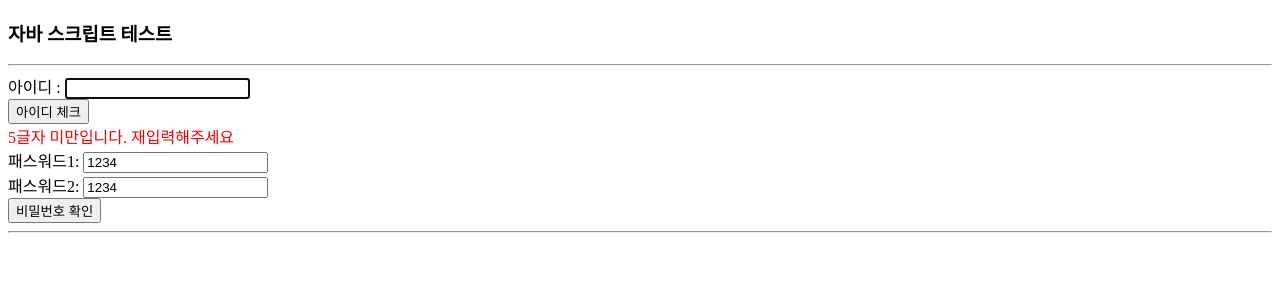
Repository: syshin0116/data2
Page: http://localhost/spring04/jsp2.jsp
The author's editor kept a copy of each file at every save. The page is drawn from the files as they stood at one save, then again after the next save.
The browser window is 1280 px wide. The pictures show the whole page.
After loading, the first visible `button` was clicked once.
The page is served by Tomcat 9.

Above is the page before, as saved 2022-02-17 03:07:35.

After the next save:
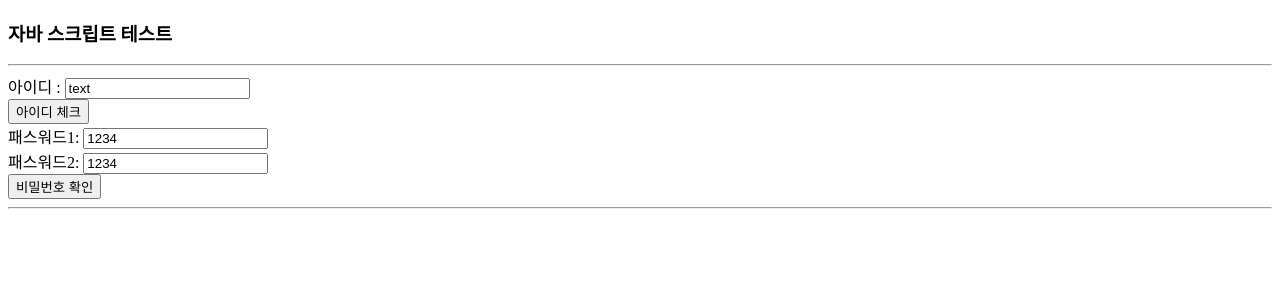
Console error: ReferenceError: idCheck is not defined
Saved 23 min 47 s later.
--- a/spring04/src/main/webapp/jsp2.jsp
+++ b/spring04/src/main/webapp/jsp2.jsp
@@ -6,48 +6,9 @@
 <head>
 <meta charset="UTF-8">
 <title>Insert title here</title>
+<script type="text/javascript" src="resources.></script>
 <script type="text/javascript">
-function idCheck(){
-	//id에 입력한 값을 가지고 와서 글자수가 5 미만이면 다시 작성하세요. 메시지
-	//Documemt document = new Document();
-	//미리 객체를 생성해놨음. -> 내장된 객체
-	//window:브라우저 전체
-	//document: body태그 부분
-	//console: 개발할대 확인하는 창 (f12)
-	//location: 주소부분, location.href=""
-	//history: 탐색 history
-	idValue = document.getElementById("id").value;
-	idCheckResult = document.getElementById("idCheckResult");
-	if(idValue.length < 5){
-		console.log("5미만입니다.");
-		result = "5글자 미만입니다. 재입력해주세요";
-		idCheckResult.style.color = "red";
-		document.getElementById("id").value="";
-		document.getElementById("id").focus();
 
-	}else{
-		result = "5글자 이상입니다. 유효합니다";
-		idCheckResult.style.color = "green";
-	}
-	idCheckResult.innerHTML=result;
-}
-function pwCheck(){
-	pwCheckResult = document.getElementById("pwCheckResult");
-	if(document.getElementById("pw1").value == document.getElementById("pw2").value){
-		text = "<span style='color:blu'>비밀번호가 일치합니다</span>";
-		img = "<img src='resources/img/ok.jpg'height='100' width='100'>";
-		//pwCheckResult.style.color = "blue";
-	}else{
-		text = "<span style='color:red'>비밀번호가 불일치합니다</span>";
-		img = "<img src='resources/img/no.png' height='100' width='100'>"
-		//pwCheckResult.style.color = "red";
-		document.getElementById("pw1").focus();
-		document.getElementById("pw1").value="";
-		document.getElementById("pw2").value="";
-
-	}
-	pwCheckResult.innerHTML=text+img;
-}
 </script>
 </head>
 <body>
